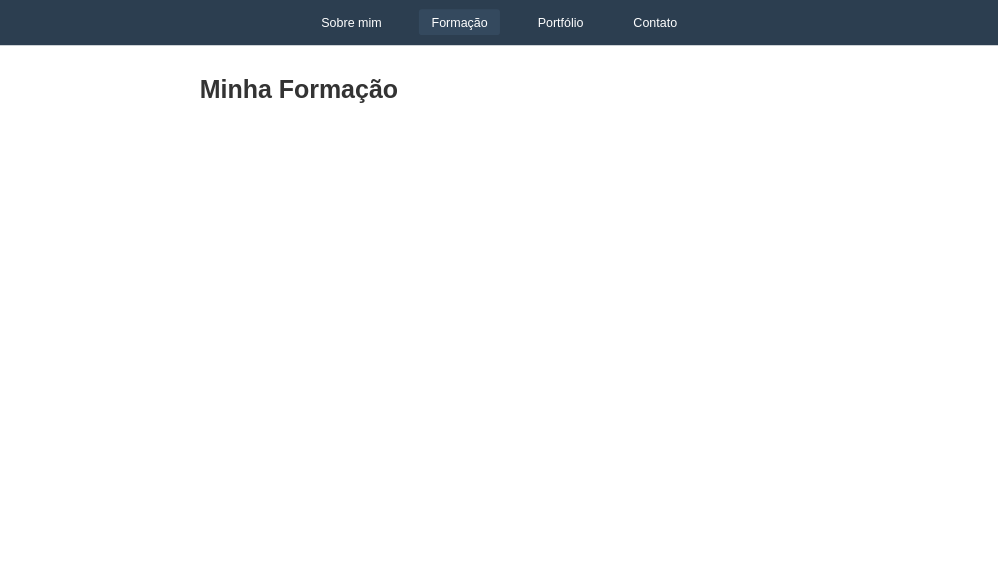
Repository: AnderHonorato/meu-portfolio
Page: formacao.html
The author's editor kept a copy of each file at every save. The page is drawn from the files as they stood at one save, then again after the next save.
The browser window is 1280 px wide. The pictures show the whole page, at 78% of full size.

Above is the page before, as saved 2025-08-26 19:41:02.

### formacao.html
<!DOCTYPE html>
<html lang="pt-br">
<head>
    <meta charset="UTF-8">
    <meta name="viewport" content="width=device-width, initial-scale=1.0">
    <title>Formação - Seu Nome</title>
    <link rel="stylesheet" href="css/style.css">
</head>
<body>
    <!-- MESMO MENU EM TODAS AS PÁGINAS -->
    <nav class="menu">
        <ul>
            <li><a href="index.html">Sobre mim</a></li>
            <li><a href="formacao.html" class="ativo">Formação</a></li>
            <li><a href="portfolio.html">Portfólio</a></li>
            <li><a href="contato.html">Contato</a></li>
        </ul>
    </nav>

    <!-- Só muda o conteúdo aqui -->
    <main class="conteudo">
        <h1>Minha Formação</h1>
        <!-- Conteúdo específico da página -->
    </main>
</body>
</html>

### css/style.css
/* Reset básico */
* {
    margin: 0;
    padding: 0;
    box-sizing: border-box;
}

/* Estilo do corpo */
body {
    font-family: Arial, sans-serif;
    line-height: 1.6;
    color: #333;
}

/* Menu de navegação */
.menu {
    background-color: #2c3e50;
    padding: 1rem 0;
    position: sticky;
    top: 0;
}

.menu ul {
    list-style: none;
    display: flex;
    justify-content: center;
    gap: 2rem;
}

.menu a {
    color: white;
    text-decoration: none;
    padding: 0.5rem 1rem;
    border-radius: 4px;
    transition: background-color 0.3s;
}

.menu a:hover,
.menu a.ativo {
    background-color: #34495e;
}

/* Conteúdo principal */
.conteudo {
    max-width: 800px;
    margin: 2rem auto;
    padding: 0 1rem;
}

/* Estilos para página Sobre */
.sobre-container {
    display: flex;
    gap: 2rem;
    margin-top: 2rem;
    flex-wrap: wrap;
}

.foto-perfil img {
    width: 200px;
    height: 200px;
    border-radius: 50%;
    object-fit: cover;
}

.texto-sobre {
    flex: 1;
    min-width: 300px;
}

/* Estilos para Formação */
.formacao-secao {
    margin-bottom: 3rem;
}

.item-formacao {
    background-color: #f4f4f4;
    padding: 1.5rem;
    border-radius: 8px;
    margin-bottom: 1rem;
}

.lista-idiomas {
    list-style: none;
}

.lista-idiomas li {
    padding: 0.5rem 0;
    border-bottom: 1px solid #eee;
}

/* Estilos para Portfólio */
.projetos-grid {
    display: grid;
    grid-template-columns: repeat(auto-fit, minmax(300px, 1fr));
    gap: 2rem;
    margin-bottom: 3rem;
}

.projeto-item {
    background-color: #f9f9f9;
    padding: 1.5rem;
    border-radius: 8px;
    box-shadow: 0 2px 4px rgba(0,0,0,0.1);
}

.projeto-item a {
    color: #2c3e50;
    text-decoration: none;
    font-weight: bold;
}

/* Estilos para Contato */
.contato-container {
    display: grid;
    grid-template-columns: 2fr 1fr;
    gap: 3rem;
    margin-top: 2rem;
}

.form-contato {
    display: flex;
    flex-direction: column;
    gap: 1rem;
}

.campo {
    display: flex;
    flex-direction: column;
}

.campo label {
    margin-bottom: 0.5rem;
    font-weight: bold;
}

.campo input,
.campo textarea {
    padding: 0.8rem;
    border: 1px solid #ddd;
    border-radius: 4px;
    font-size: 1rem;
}

.form-contato button {
    background-color: #2c3e50;
    color: white;
    padding: 1rem;
    border: none;
    border-radius: 4px;
    cursor: pointer;
    font-size: 1rem;
}

.form-contato button:hover {
    background-color: #34495e;
}

/* Responsividade */
@media (max-width: 768px) {
    .menu ul {
        flex-direction: column;
        gap: 0;
    }

    .sobre-container {
        flex-direction: column;
        text-align: center;
    }

    .contato-container {
        grid-template-columns: 1fr;
    }
}

After the next save:
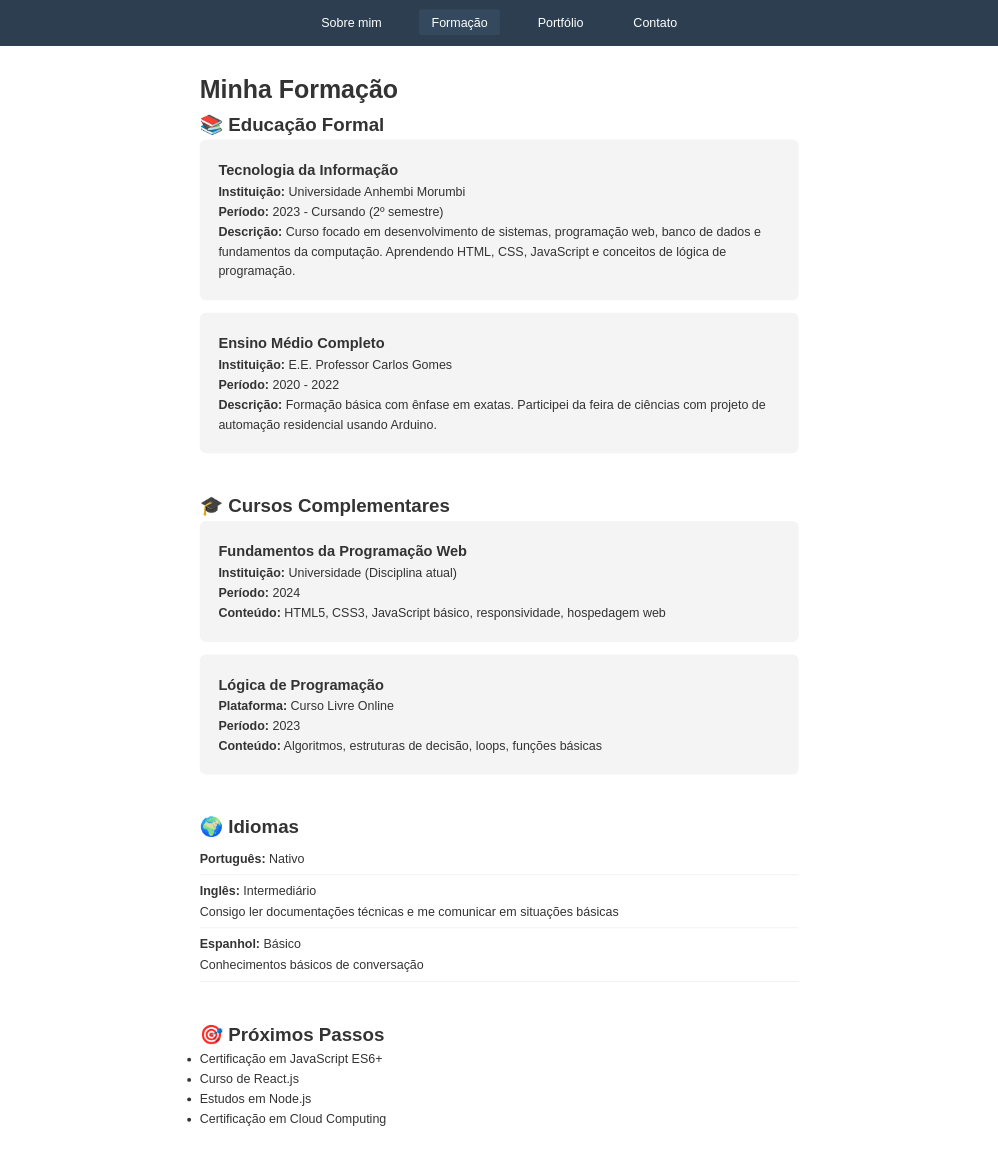
Saved 16 s later.
--- a/formacao.html
+++ b/formacao.html
@@ -3,11 +3,11 @@
 <head>
     <meta charset="UTF-8">
     <meta name="viewport" content="width=device-width, initial-scale=1.0">
-    <title>Formação - Seu Nome</title>
+    <title>Formação - João Silva</title>
     <link rel="stylesheet" href="css/style.css">
 </head>
 <body>
-    <!-- MESMO MENU EM TODAS AS PÁGINAS -->
+    <!-- Menu de navegação idêntico em todas as páginas -->
     <nav class="menu">
         <ul>
             <li><a href="index.html">Sobre mim</a></li>
@@ -17,10 +17,96 @@
         </ul>
     </nav>
 
-    <!-- Só muda o conteúdo aqui -->
+    <!-- Conteúdo específico da página de formação -->
     <main class="conteudo">
         <h1>Minha Formação</h1>
-        <!-- Conteúdo específico da página -->
+
+        <!-- Seção de educação formal -->
+        <div class="formacao-secao">
+            <h2>📚 Educação Formal</h2>
+
+            <div class="item-formacao">
+                <h3>Tecnologia da Informação</h3>
+                <p><strong>Instituição:</strong> Universidade Anhembi Morumbi</p>
+                <p><strong>Período:</strong> 2023 - Cursando (2º semestre)</p>
+                <p><strong>Descrição:</strong> Curso focado em desenvolvimento de sistemas, programação web, banco de dados e fundamentos da computação. Aprendendo HTML, CSS, JavaScript e conceitos de lógica de programação.</p>
+            </div>
+
+            <div class="item-formacao">
+                <h3>Ensino Médio Completo</h3>
+                <p><strong>Instituição:</strong> E.E. Professor Carlos Gomes</p>
+                <p><strong>Período:</strong> 2020 - 2022</p>
+                <p><strong>Descrição:</strong> Formação básica com ênfase em exatas. Participei da feira de ciências com projeto de automação residencial usando Arduino.</p>
+            </div>
+        </div>
+
+        <!-- Seção de cursos complementares -->
+        <div class="formacao-secao">
+            <h2>🎓 Cursos Complementares</h2>
+
+            <div class="item-formacao">
+                <h3>Fundamentos da Programação Web</h3>
+                <p><strong>Instituição:</strong> Universidade (Disciplina atual)</p>
+                <p><strong>Período:</strong> 2024</p>
+                <p><strong>Conteúdo:</strong> HTML5, CSS3, JavaScript básico, responsividade, hospedagem web</p>
+            </div>
+
+            <div class="item-formacao">
+                <h3>Lógica de Programação</h3>
+                <p><strong>Plataforma:</strong> Curso Livre Online</p>
+                <p><strong>Período:</strong> 2023</p>
+                <p><strong>Conteúdo:</strong> Algoritmos, estruturas de decisão, loops, funções básicas</p>
+            </div>
+        </div>
+
+        <!-- Seção de idiomas -->
+        <div class="formacao-secao">
+            <h2>🌍 Idiomas</h2>
+
+            <ul class="lista-idiomas">
+                <li>
+                    <strong>Português:</strong> Nativo
+                    <div class="nivel-idioma">
+                        <div class="barra-progresso">
+                            <div class="progresso" style="width: 100%"></div>
+                        </div>
+                    </div>
+                </li>
+
+                <li>
+                    <strong>Inglês:</strong> Intermediário
+                    <div class="nivel-idioma">
+                        <div class="barra-progresso">
+                            <div class="progresso" style="width: 60%"></div>
+                        </div>
+                        <span class="descricao-nivel">Consigo ler documentações técnicas e me comunicar em situações básicas</span>
+                    </div>
+                </li>
+
+                <li>
+                    <strong>Espanhol:</strong> Básico
+                    <div class="nivel-idioma">
+                        <div class="barra-progresso">
+                            <div class="progresso" style="width: 30%"></div>
+                        </div>
+                        <span class="descricao-nivel">Conhecimentos básicos de conversação</span>
+                    </div>
+                </li>
+            </ul>
+        </div>
+
+        <!-- Seção de certificações planejadas -->
+        <div class="formacao-secao">
+            <h2>🎯 Próximos Passos</h2>
+            <div class="proximos-estudos">
+                <ul>
+                    <li>Certificação em JavaScript ES6+</li>
+                    <li>Curso de React.js</li>
+                    <li>Estudos em Node.js</li>
+                    <li>Certificação em Cloud Computing</li>
+                </ul>
+            </div>
+        </div>
     </main>
 </body>
 </html>
